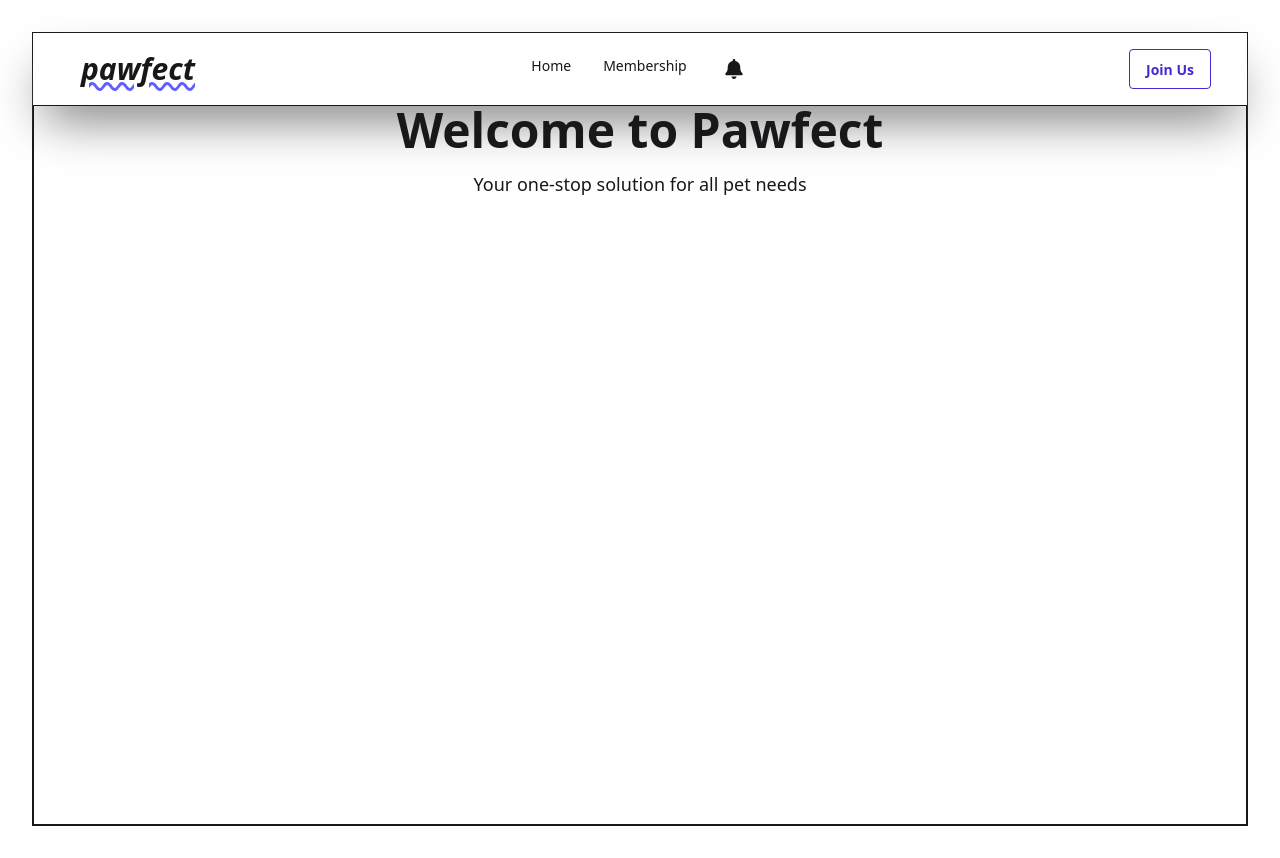
Repository: syedbayzid82849/DevForum_client_site
Page: /
An editor plug-in stored every save of this project. The page is shown before and after the next save, followed by the edit.
The browser window is 1280 px wide. The pictures show the whole page.
The project was rebuilt for these pictures with package versions that can differ from the ones it lists, and the page was loaded fresh each time. Also part of the build but not shown: vite.config.js, src/App.jsx, src/components/Navbar/JoinUsModal.jsx, src/pages/Authentication/Login.jsx, src/pages/Authentication/AuthLayout.jsx, src/pages/Authentication/Register.jsx.

Above is the page before, as saved 2025-07-08 22:49:38.

### src/main.jsx
import { StrictMode } from 'react'
import { createRoot } from 'react-dom/client'
import './index.css'
import App from './App.jsx'
import { RouterProvider } from 'react-router'
import router from './Routers/router.jsx'
import AuthProvider from './context/AuthProvider.jsx'

createRoot(document.getElementById('root')).render(
  <StrictMode>
    <AuthProvider>
      <RouterProvider router={router} />
    </AuthProvider>
  </StrictMode>,
)

### src/Routers/router.jsx
import React from 'react';
import { createBrowserRouter } from 'react-router';
import MainLayout from '../layouts/MainLayout/MainLayout';
import Login from '../pages/Authentication/Login';
import Home from '../pages/Home/Home';
import AuthLayout from '../pages/Authentication/AuthLayout';
import Register from '../pages/Authentication/Register';

const router = createBrowserRouter([
    {
        path: "/",
        element: <MainLayout></MainLayout>,
        children: [
            {
                index: true,
                element: <Home />,
            },
        ],
    },
    {
        path: "/",
        element: <AuthLayout />,
        children: [
            {
                path: "/login",
                element: <Login />,
            },
            {
                path: "/register",
                element: <Register />,
            },
        ],
    },
]);

export default router;

### src/context/AuthProvider.jsx
import React, { useEffect, useState } from 'react';
import { createUserWithEmailAndPassword, GithubAuthProvider, GoogleAuthProvider, onAuthStateChanged, signInWithEmailAndPassword, signInWithPopup, signOut, updateProfile } from "firebase/auth";
import { AuthContext } from '../context/AuthContext';
import { auth } from '../firebase/firebase.init';


const AuthProvider = ({ children }) => {
    const provider = new GoogleAuthProvider();
    // loading
    const [loading, setLoading] = useState(true);
    // user chack
    const [user, setUser] = useState(null);
    console.log(user);

    // create user with name, email, password, photoURL
    const createUserWithEP = (email, password) => {
        setLoading(true);
        return createUserWithEmailAndPassword(auth, email, password)
    }

    // log in user with email and password
    const loginUserWithEP = (email, password) => {
        setLoading(true);
        return signInWithEmailAndPassword(auth, email, password)
    }

    // sign in with google
    const userWithGoogle = () => {
        setLoading(true);
        return signInWithPopup(auth, provider)
    }


    // update user profile (new function)
    const updateUserProfile = (name, photo) => {
        setLoading(true);
        return updateProfile(auth.currentUser, {
            displayName: name,
            photoURL: photo
        });
    }

    // sign out user
    const signOutUser = () => {
        setLoading(true);
        return signOut(auth);
    }

    // // get all courses from the server
    // const getAllCourses = () => {
    //     setLoading(true);
    //     return axios.get('https://academix-hub-server.vercel.app/all-course')
    //         .then(response => {
    //             setLoading(false);
    //             return response.data;
    //         })
    //         .catch(error => {
    //             console.error("Error fetching courses:", error);
    //             throw error;
    //         });
    // }

    // user check
    useEffect(() => {
        const unsubscribe = onAuthStateChanged(auth, (currentUser) => {
            setUser(currentUser);
            setLoading(false);
        });
        return () => unsubscribe();
    }, []);



    const authInformation = {
        user,
        setUser,
        loading,
        setLoading,
        createUserWithEP,
        loginUserWithEP,
        userWithGoogle,
        updateUserProfile,
        signOutUser,
    };
    return (
        <AuthContext.Provider value={authInformation}>
            {children}
        </AuthContext.Provider>
    );
};

export default AuthProvider;

### src/layouts/MainLayout/MainLayout.jsx
import React from 'react';
import Navbar from '../../components/Navbar/Navbar';
import { Outlet } from 'react-router';

const MainLayout = () => {
    return (
        <div className=" mx-auto flex flex-col border">
            <Navbar />

            <main className="flex-1">
                <Outlet />
            </main>

            {/* <Footer /> */}
        </div>
    );
};

export default MainLayout;

### src/pages/Home/Home.jsx
import React from 'react';
import HeroSection from './HeroSection';

const Home = () => {
    return (
        <div className='min-h-screen max-w-7xl mx-auto flex flex-col px-4 border'>
            <HeroSection />
        </div>
    );
};

export default Home;

### src/firebase/firebase.init.js
// Import the functions you need from the SDKs you need
import { initializeApp } from "firebase/app";
import { getAuth } from "firebase/auth";

// TODO: Add SDKs for Firebase products that you want to use
// https://firebase.google.com/docs/web/setup#available-libraries

// Your web app's Firebase configuration
const firebaseConfig = {
    apiKey: import.meta.env.VITE_apiKey, // Use VITE_ prefix for environment variables in Vite
    authDomain: import.meta.env.VITE_authDomain, // Use VITE_ prefix for environment variables in Vite
    projectId: import.meta.env.VITE_projectId, // Use VITE_ prefix for environment variables in Vite
    storageBucket: import.meta.env.VITE_storageBucket, // Use VITE_ prefix for environment variables in Vite
    messagingSenderId: import.meta.env.VITE_messagingSenderId, // Use VITE_ prefix for environment variables in Vite
    appId: import.meta.env.VITE_appId // Use VITE_ prefix for environment variables in Vite
};

// Initialize Firebase
const app = initializeApp(firebaseConfig);


// Initialize Firebase Authentication and get a reference to the service
export const auth = getAuth(app);

### src/components/Navbar/Navbar.jsx
import { Link, NavLink } from "react-router";
import { FaBell, FaBars } from "react-icons/fa";
import { FiLogOut } from "react-icons/fi";
import { MdDashboard } from "react-icons/md";
import JoinUsModal from "./JoinUsModal";
import React, { useContext } from "react";
import { AuthContext } from "../../context/AuthContext";

const Navbar = () => {
    const { user , logOut } = useContext(AuthContext);
    // logout system
    const handleLogOut = () => {
        console.log("Logout clicked");
        logOut();
    };
    const navItems = (
        <>
            <li>
                <NavLink to="/" className="font-medium">Home</NavLink>
            </li>
            <li>
                <NavLink to="/membership" className="font-medium">Membership</NavLink>
            </li>
            {user && (
                <>
                    <li>
                        <NavLink to="/dashboard" className="font-medium flex items-center gap-1">
                            <MdDashboard />
                            Dashboard
                        </NavLink>
                    </li>
                    <li>
                        <button onClick={() => handleLogOut()} className="font-medium flex items-center gap-1">
                            <FiLogOut />
                            Logout
                        </button>
                    </li>
                </>
            )}
            <li>
                <button className="btn btn-ghost text-xl">
                    <FaBell />
                </button>
            </li>
        </>
    );
    const [isModalOpen, setIsModalOpen] = React.useState(false);


    return (
        <>
            <div className="bg-base-100 w-full px-4 lg:px-7  shadow-2xl shadow-neutral-500 ">
                <div className="navbar max-w-7xl mx-auto ">

                    {/* Navbar Start */}
                    <div className="navbar-start flex items-center gap-2">
                        {/* Hamburger Menu (Mobile only) */}
                        <div className="dropdown">
                            <div tabIndex={0} className="btn btn-ghost pl-2 lg:hidden">
                                <FaBars className="text-xl" />
                            </div>
                            <ul
                                tabIndex={0}
                                className="menu menu-sm dropdown-content mt-3 z-[50] p-3 shadow bg-base-100 rounded-box w-52 space-y-1"
                            >
                                {navItems}
                            </ul>
                        </div>

                        {/* Logo - large screen only */}
                        <Link to="/" className="hidden lg:flex justify-center items-center ml-1">
                            <span className="text-3xl font-semibold italic underline decoration-wavy decoration-indigo-500">
                                pawfect
                            </span>
                        </Link>
                    </div>

                    {/* Logo - small screen only */}
                    <div className="navbar-center lg:hidden">
                        <Link to="/" className="ml-2">
                            <span className="text-3xl font-semibold italic underline decoration-wavy decoration-indigo-500">
                                pawfect
                            </span>
                        </Link>
                    </div>

                    {/* Large screen nav menu */}
                    <div className="navbar-center hidden lg:flex">
                        <ul className="menu menu-horizontal px-1 space-x-2">{navItems}</ul>
                    </div>

                    {/* Navbar End - Profile Dropdown */}
                    <div className="navbar-end">
                        {user ? (
                            // Logged-in view: show profile dropdown
                            <div className="dropdown dropdown-end">
                                <div tabIndex={0} className="btn btn-circle avatar online">
                                    <img
                                        src={user.photoURL || "/src/assets/user-default.jpg"}
                                        alt="Profile"
                                        className="rounded-full w-10 h-10"
                                    />
                                </div>
                                <ul
                                    tabIndex={0}
                                    className="mt-3 z-[50] p-2 shadow menu menu-sm dropdown-content bg-base-100 rounded-box w-52"
                                >
                                    <li>
                                        <p className="text-sm text-center font-semibold">
                                            {user.displayName}
                                        </p>
                                    </li>
                                    <li>
                                        <Link to="/dashboard">
                                            <MdDashboard />
                                            Dashboard
                                        </Link>
                                    </li>
                                    <li>
                                        <button onClick={() => handleLogOut()} className="flex items-center gap-1">
                                            <FiLogOut />
                                            Logout
                                        </button>
                                    </li>
                                </ul>
                            </div>
                        ) : (
                            // Not logged in: show Join Us button
                            <button
                                onClick={() => setIsModalOpen(true)}
                                className="btn btn-outline btn-primary ">
                                Join Us
                            </button>
                        )}
                    </div>
                </div>
            </div>
            {/* Join Us Modal */}
            {isModalOpen && <JoinUsModal closeModal={() => setIsModalOpen(false)} />}
        </>
    );
};

export default Navbar;

### src/pages/Home/HeroSection.jsx
import React from 'react';

const HeroSection = () => {
    return (
        <div>
            <h1 className="text-5xl font-bold">Welcome to Pawfect</h1>
            <p className="mt-4 text-lg">Your one-stop solution for all pet needs</p>
        </div>
    );
};

export default HeroSection;

Loaded but not shown: index.html (common file); src/index.css (common file); src/App.css (common file); src/context/AuthContext.jsx (common file)

After the next save:
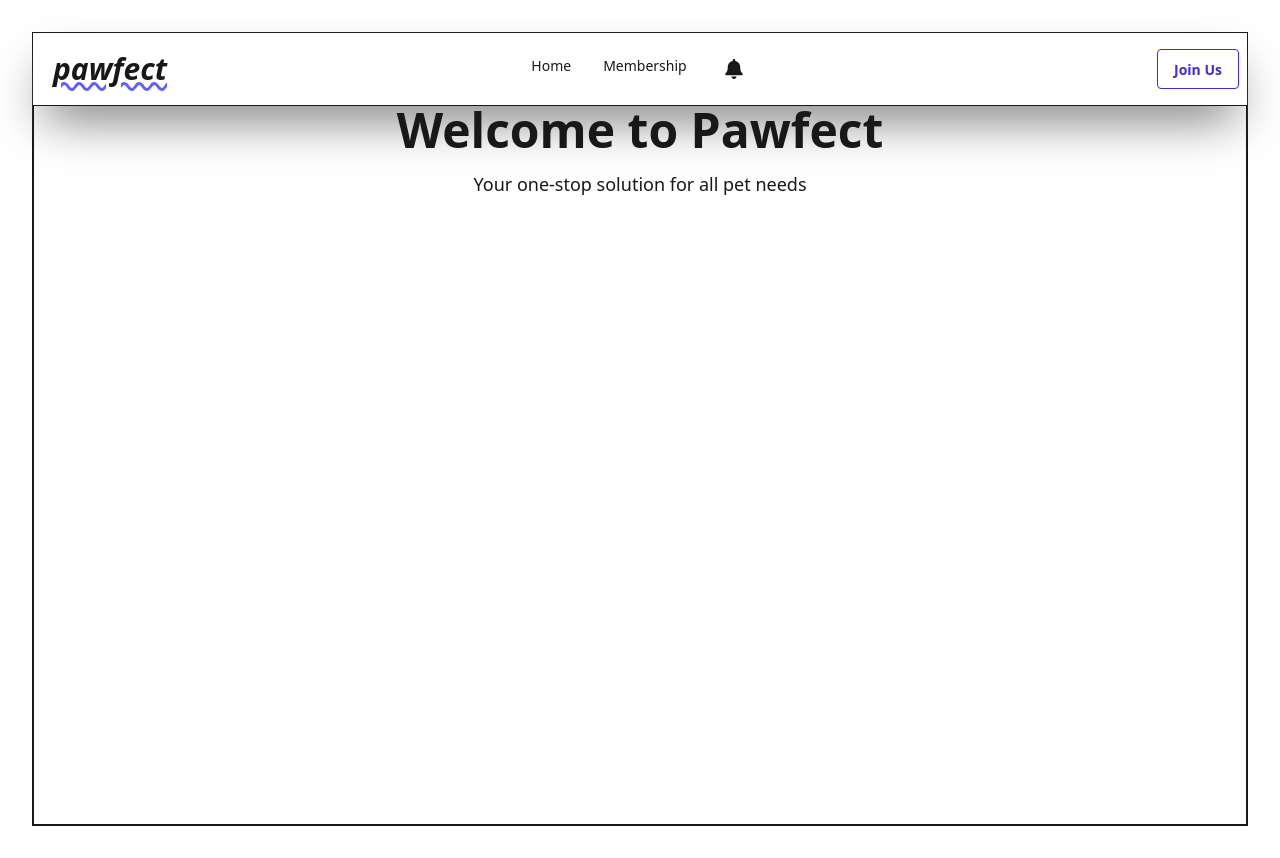
Saved 4 s later.
--- a/src/components/Navbar/Navbar.jsx
+++ b/src/components/Navbar/Navbar.jsx
@@ -49,7 +49,7 @@ const Navbar = () => {
 
     return (
         <>
-            <div className="bg-base-100 w-full px-4 lg:px-7  shadow-2xl shadow-neutral-500 ">
+            <div className="bg-base-100 w-full  shadow-2xl shadow-neutral-500 ">
                 <div className="navbar max-w-7xl mx-auto ">
 
                     {/* Navbar Start */}
